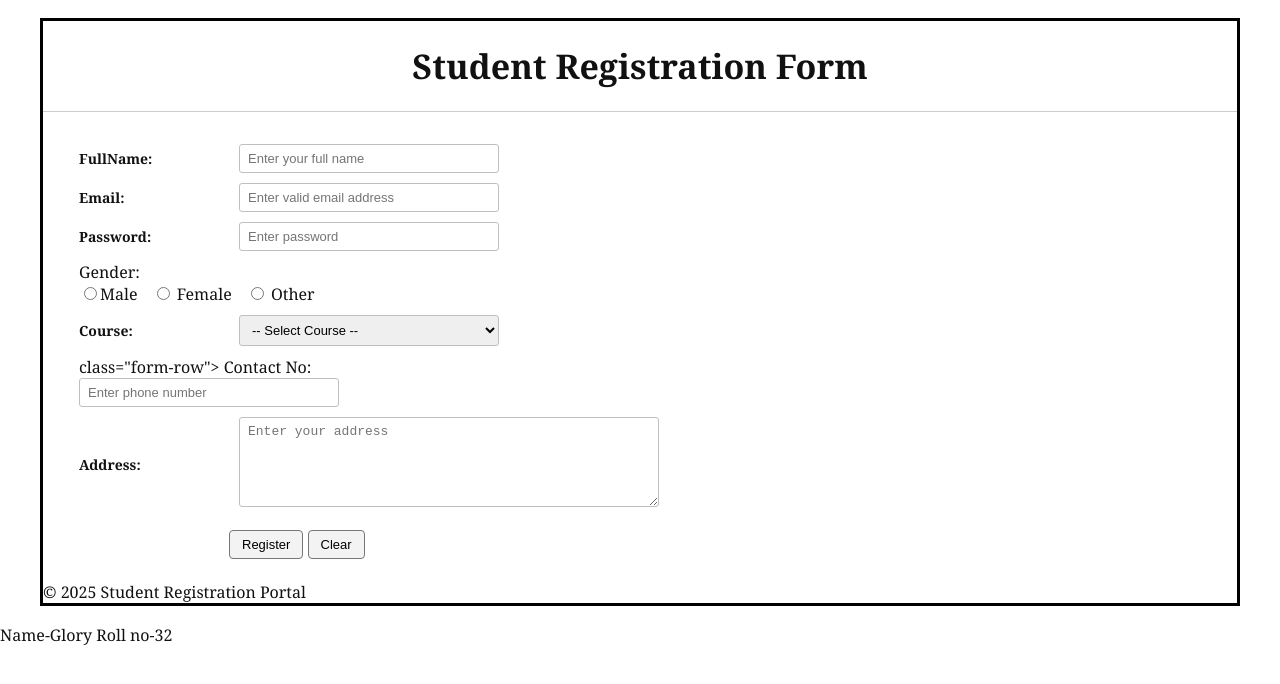
Repository: Glory998/ELCE1-32
Page: experiment5.html
The author's editor kept a copy of each file at every save. The page is drawn from the files as they stood at one save, then again after the next save.
The browser window is 1280 px wide. The pictures show the whole page.

Above is the page before, as saved 2025-10-22 22:52:25.

After the next save:
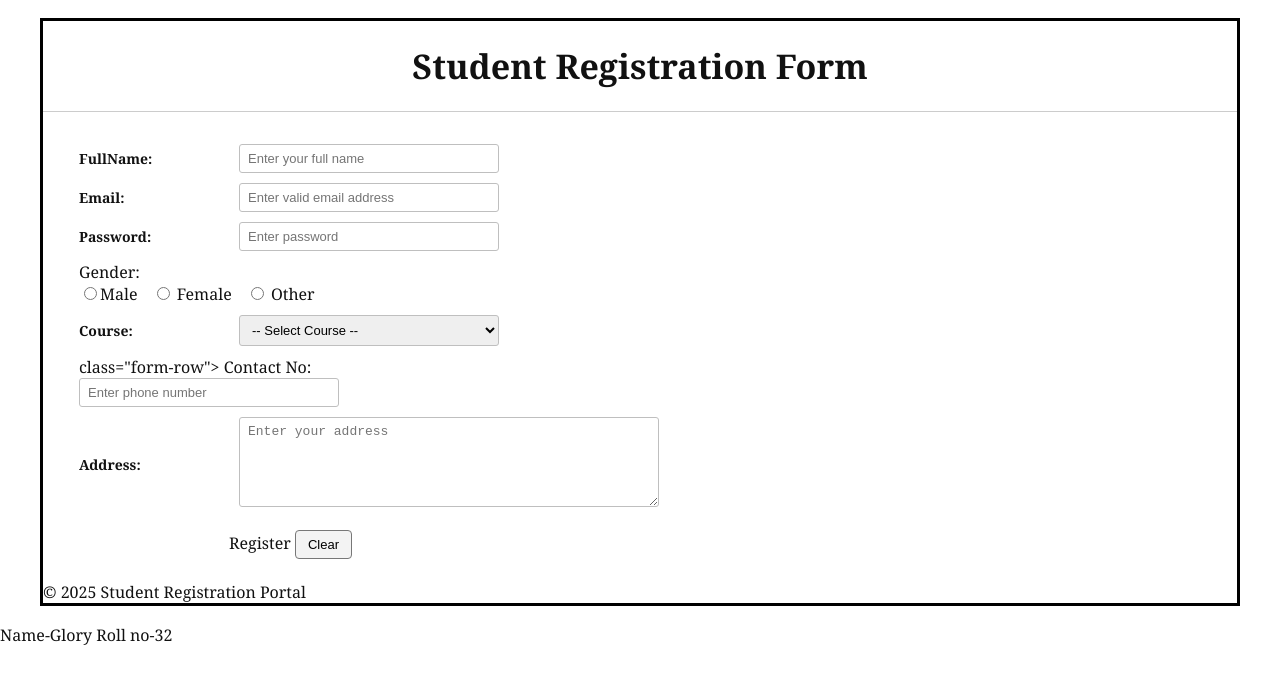
Saved 21 s later.
--- a/experiment5.html
+++ b/experiment5.html
@@ -227,7 +227,7 @@
                                         </div>
                                     </div>
 
-                                <div class="form-actions">
+                                <div class="form-actions"
                                     <button
                                     type="submit">Register</button>
                                     <button type="reset">Clear</button>

After the save that followed:
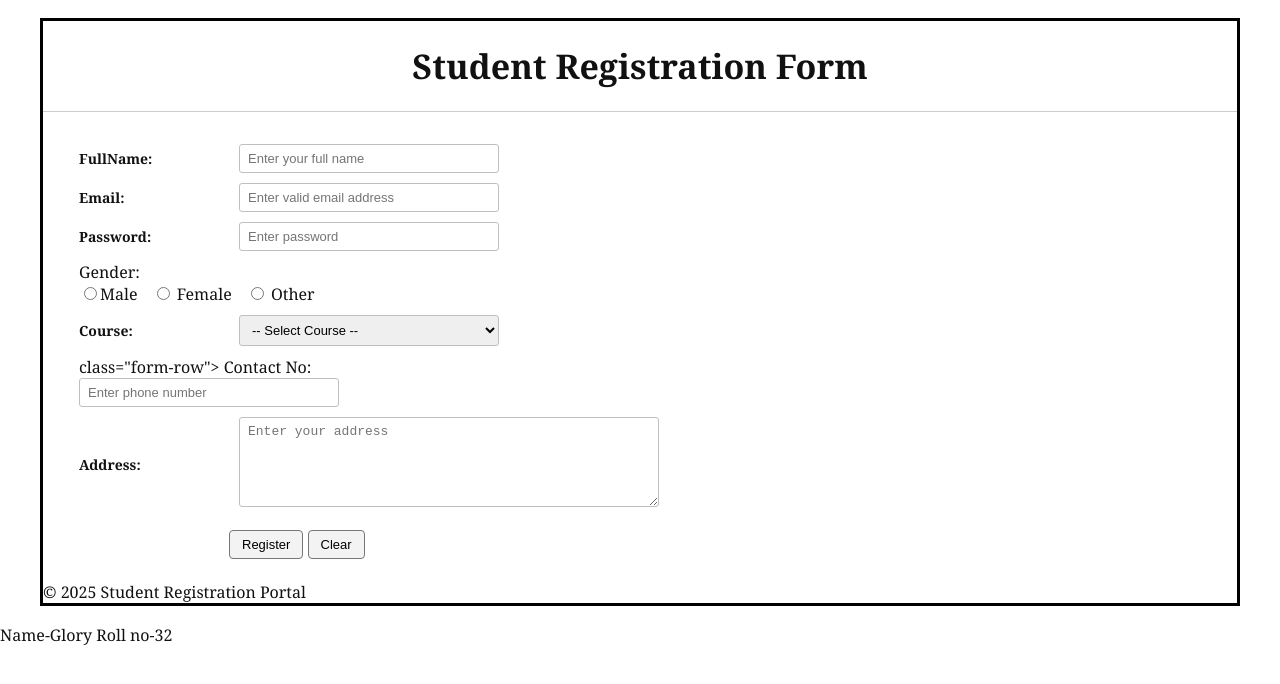
Saved 20 s later.
--- a/experiment5.html
+++ b/experiment5.html
@@ -227,7 +227,7 @@
                                         </div>
                                     </div>
 
-                                <div class="form-actions"
+                                <div class="form-actions">
                                     <button
                                     type="submit">Register</button>
                                     <button type="reset">Clear</button>
